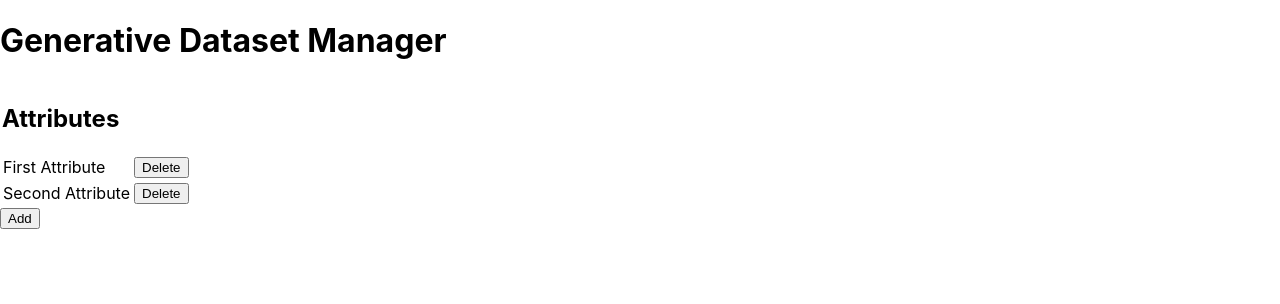
Repository: DaiWelsh/generatrive-ui
Page: /, after clicking the first element matching `div > button`
An editor plug-in stored every save of this project. The page is shown before and after the next save, followed by the edit.
The browser window is 1280 px wide. The pictures show the whole page.
The project was rebuilt for these pictures with package versions that can differ from the ones it lists, and the page was loaded fresh each time. Also part of the build but not shown: src/App.css.

Above is the page before, as saved 2021-10-10 12:50:30.

### src/App.js
import './App.css';
import Dataset from './components/Dataset';
import DatasetState from './context/dataset/DatasetState';

function App() {
  console.log('*** App Render ***');

  return (
    <div>
      <h1>Generative Dataset Manager</h1>
      <DatasetState>
        <Dataset />
      </DatasetState>
    </div>
  );
}

export default App;

### src/components/Dataset.js
import React, { useContext, Fragment } from 'react'
import DatasetContext from '../context/dataset/datasetContext'

export default function Dataset() {
  console.log('*** Dataset Render ***');

  const datasetContext = useContext(DatasetContext);
  const attributes = datasetContext.attributes;

  console.log('attributes', attributes);

  const deleteAttribute = (id) => {
    console.log(`delete attribute ${id}`);
  };

  const addAttribute = () => {
    console.log(`add attribute`);
  };

  return (
    <Fragment>
      <table>
        <h2>Attributes</h2>
        {attributes.map((attr) => (
          <tr key={attr.id}>
            <td>{attr.name}</td>
            <td>
              <button onClick={() => deleteAttribute(attr.id)}>
                Delete
              </button>
            </td>
          </tr>
        ))}
      </table>
      <button onClick={() => addAttribute()}>
        Add
      </button>
      <form>

      </form>
    </Fragment>
  );
}

### src/context/dataset/DatasetState.js
import React, { useReducer } from 'react';
import datasetContext from './datasetContext';
import datasetReducer from './datasetReducer';
import initialState from './initialState';
import { ADD_ATTRIBUTE, REMOVE_ATTRIBUTE } from '../types';

const DatasetState = props => {
  console.log('*** DatasetState Render ***');

  const [state, dispatch] = useReducer(datasetReducer, initialState);

  const addAttribute = (payload) => dispatch({ type: ADD_ATTRIBUTE, payload });
  const removeAttribute = (payload) => dispatch({ type: REMOVE_ATTRIBUTE, payload });

  const getAttributes = () => state.attributes;
  const getName = () => state.name;

  return <datasetContext.Provider value={{
    name: state.name,
    attributes: state.attributes,
    getName,
    getAttributes,
    addAttribute,
    removeAttribute,
  }}>
    {props.children}
  </datasetContext.Provider>
}

export default DatasetState;

### src/context/dataset/datasetContext.js
import { createContext } from 'react';

const datasetContext = createContext();

export default datasetContext;

### src/context/dataset/datasetReducer.js
import { ADD_ATTRIBUTE, REMOVE_ATTRIBUTE } from '../types';

const reducer = (state, action) => {
  console.log('datasetReducer', state, action);
  switch (action.type) {
    default:
      return state;
  }
}

export default reducer;

### src/context/dataset/initialState.js
const initialState = {
  name: 'test dataset',
  attributes: [
    {
      id: 'hashvalueattr1',
      name: 'First Attribute',
      values: [
        {
          id: 'hashvalue1',
          name: 'First attr value a',
          category: false,
          fileName: 'first/a.jpg',
          probability: 0.7,
        },
        {
          id: 'hashvalue2',
          name: 'First attr value b',
          category: false,
          fileName: 'first/b.jpg',
          probability: 0.3,
        },
      ],
    },
    {
      id: 'hashvalueattr2',
      name: 'Second Attribute',
      values: [
        {
          id: 'hashvalue3',
          name: 'Second attr value 1',
          category: false,
          fileName: 'second/1.jpg',
          probability: 0.1,
        },
        {
          id: 'hashvalue4',
          name: 'Second attr category 1',
          category: true,
          fileName: null,
          probability: 0.9,
          values: [
            {
              id: 'hashvalue5',
              name: 'Second attr cat 1 value 1',
              category: false,
              fileName: 'second/1/1.jpg',
              probability: 0.6,
            },
            {
              id: 'hashvalue6',
              name: 'Second attr cat 1 value 2',
              category: false,
              fileName: 'second/1/2.jpg',
              probability: 0.4,
            },
          ]
        },
      ],
    },
  ],
};

export default initialState;

### src/context/types.js
// dataset state
export const ADD_ATTRIBUTE = 'ADD_ATTRIBUTE';
export const REMOVE_ATTRIBUTE = 'REMOVE_ATTRIBUTE';

Loaded but not shown: public/index.html (common file); src/index.js (common file); src/index.css (common file); src/reportWebVitals.js (common file)

After the next save:
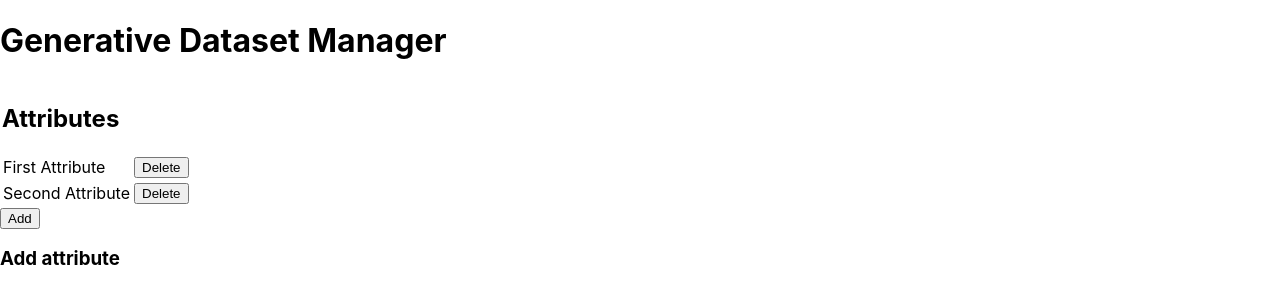
Saved 5 s later.
--- a/src/components/Dataset.js
+++ b/src/components/Dataset.js
@@ -36,7 +36,7 @@ export default function Dataset() {
         Add
       </button>
       <form>
-
+        <h3>Add attribute</h3>
       </form>
     </Fragment>
   );
